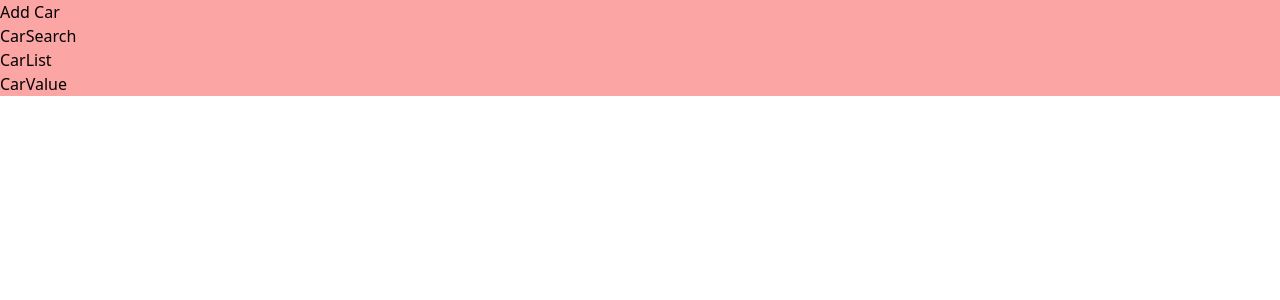
Repository: Marhamat92/carsappreduxtoolkit
Page: /
An editor plug-in stored every save of this project. The page is shown before and after the next save, followed by the edit.
The browser window is 1280 px wide. The pictures show the whole page.
The project was rebuilt for these pictures with package versions that can differ from the ones it lists, and the page was loaded fresh each time.

Above is the page before, as saved 2023-01-23 20:57:36.

After the next save:
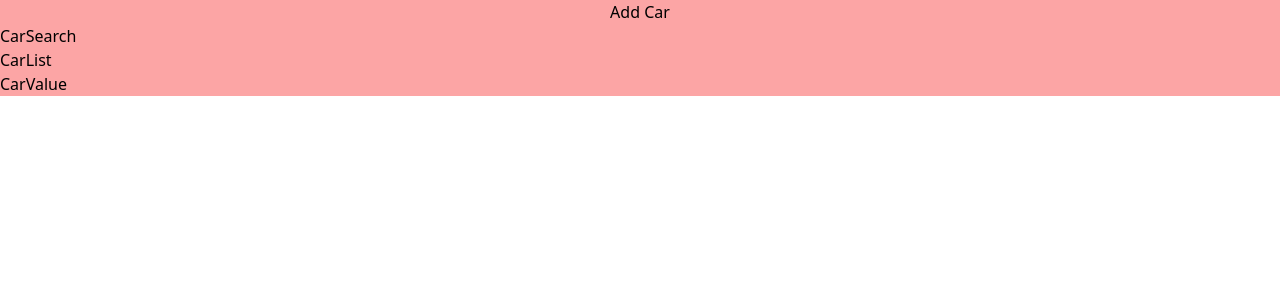
Saved 6 s later.
--- a/src/components/CarForm.js
+++ b/src/components/CarForm.js
@@ -2,7 +2,7 @@ import React from 'react'
 
 function CarForm() {
   return (
-    <div className='flex items-center'>
+    <div className='flex items-center justify-center'>
       <h1>Add Car</h1>
     </div>
   )
